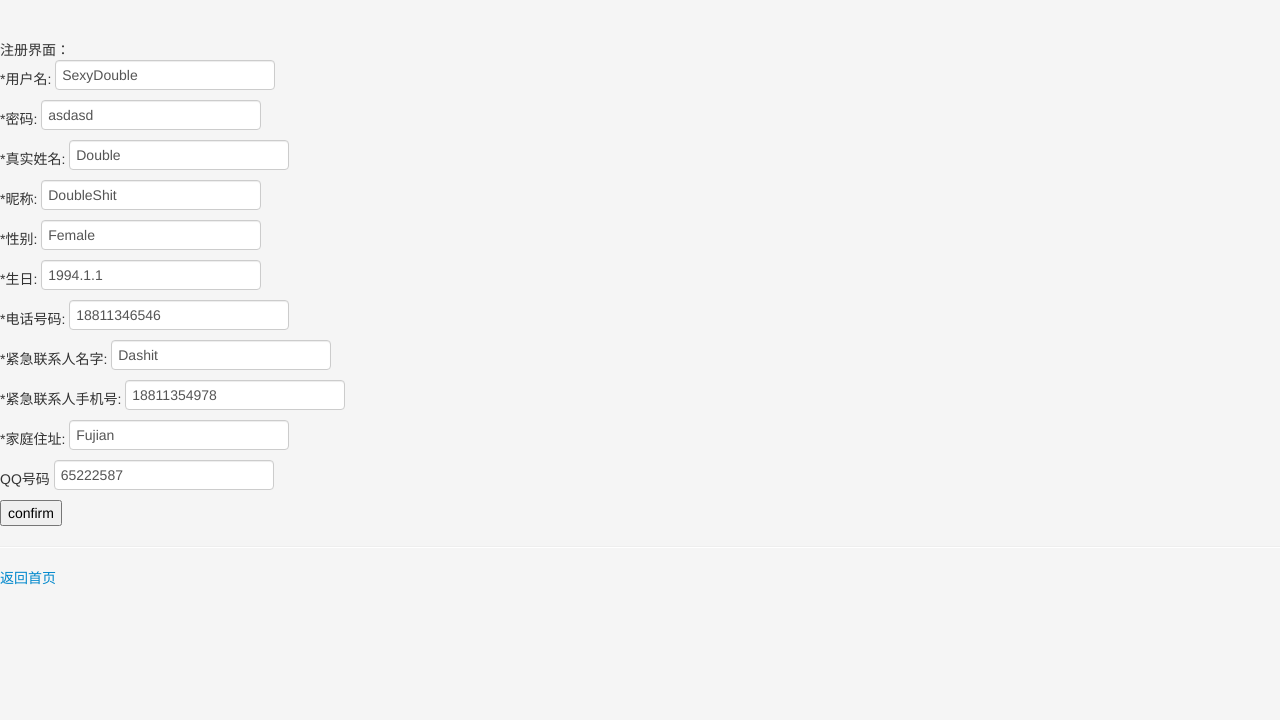
Repository: hbisheng/Academic-portal-website
Page: http://localhost/NewInfo/account/register.jsp
These files come from the project's save history. The page is drawn as it stood at one moment and after the next save; the edit follows.
The browser window is 1280 px wide. The pictures show the whole page.
The page is served by Tomcat 9. Other server files are loaded and not shown.

Above is the page before, as saved 2014-09-21 08:56:44.

### Java_info/NewInfo/WebContent/account/register.jsp
<%@page import="mail.MailTest" %>
<%@page import="edu.thu.cs.*"%>
<%@page import="java.util.*"%>
<%@page import="jdbc.*"%>
<%@page language="java" contentType="text/html; charset=UTF-8"
    pageEncoding="UTF-8"%>
<!DOCTYPE html PUBLIC "-//W3C//DTD HTML 4.01 Transitional//EN" "http://www.w3.org/TR/html4/loose.dtd">
<html>
<head>
<meta http-equiv="Content-Type" content="text/html; charset=UTF-8">

<link href="../bootstrap/css/bootstrap.css" rel="stylesheet">
 <style type="text/css">
      body {
        padding-top: 40px;
        padding-bottom: 40px;
        background-color: #f5f5f5;
      }
      .form-signin {
        max-width: 430px;
        padding: 19px 29px 29px;
        margin: 0 auto 20px;
        background-color: #fff;
        border: 1px solid #e5e5e5;
        -webkit-border-radius: 5px;
           -moz-border-radius: 5px;
                border-radius: 5px;
        -webkit-box-shadow: 0 1px 2px rgba(0,0,0,.05);
           -moz-box-shadow: 0 1px 2px rgba(0,0,0,.05);
                box-shadow: 0 1px 2px rgba(0,0,0,.05);
      }
      .form-signin .form-signin-heading,
      .form-signin .checkbox {
        margin-bottom: 10px;
      }
      .form-signin input[type="text"],
      .form-signin input[type="password"] {
        font-size: 16px;
        height: auto;
        margin-bottom: 15px;
        padding: 7px 9px;
      }
    </style>
<link href="../bootstrap/css/bootstrap-responsive.css" rel="stylesheet">

<title>Insert title here</title>
</head>
<body>
 <form name="注册"action="register.jsp" method="post">
	注册界面：
	<br/>
	*用户名:
	<input type="text" name="account" value = "SexyDouble"/>
	<br />
	*密码:
	<input type="text" name="password" value = "asdasd" />
	<br/>
	*真实姓名:
	<input type="text" name="realname" value = "Double" />
	<br />
	*昵称:
	<input type="text" name="nickname" value = "DoubleShit"/>
	<br />
	*性别:
	<input type="text" name="sex" value = "Female"/>
	<br />
	*生日:
	<input type="text" name="birth" value = "1994.1.1"/>
	<br />
	*电话号码:
	<input type="text" name="phone" value = "18811346546"/>
	<br />
	*紧急联系人名字:
	<input type="text" name="e_name" value = "Dashit"/>
	<br />
	*紧急联系人手机号:
	<input type="text" name="e_phone" value = "18811354978"/>
	<br />
	*家庭住址:
	<input type="text" name="address" value = "Fujian"/>
	<br />
	QQ号码
	<input type="text" name="qq" value = "65222587"/>
	<br />
	<input type="submit" value="confirm" name = "yes" />
	</form>
      <%
      try {
			if(request.getParameter("yes") != null)
			{
				JdbcDao jdbc = new JdbcDao();
				User new_u = new User();
				new_u.account = request.getParameter("account");
				new_u.password = request.getParameter("password");
				new_u.realname = request.getParameter("realname");
				new_u.nickname = request.getParameter("nickname");
				new_u.sex = request.getParameter("sex");
				new_u.birth = request.getParameter("birth");
				new_u.phone = request.getParameter("phone");
				new_u.e_name = request.getParameter("e_name");
				new_u.e_phone = request.getParameter("e_phone");
				new_u.address = request.getParameter("address");
				new_u.qq = request.getParameter("qq");
				new_u.verify = 0;
				new_u.permit_login = 1;
				new_u.permit_post = 1;
				new_u.permit_admin = 0;

				if(new_u.isValid())
				{
					int ans = new_u.isOld();
					if(ans != 0)
					{
						if(ans == 1)
							out.println("该邮箱已经被注册了");
						else
							out.println("该昵称已经被注册了");
						return;
					}
				}
				else
				{
					out.println("有一些必填项目还没有填好");
					return;
				}

				User user = jdbc.addUser(new_u);

				Token token = new Token();
				token.operation = 1;
				token.user_id = user.id;
				token.content = session.getId();
				jdbc.addToken(token);
				String address = "localhost";
				MailTest.sendmail("hbisheng@126.com","http://"+address+":8060/NewInfo/account/remote.jsp?token="+token.content);
				%><form>请登入邮箱进行验证</form>
				<%
			}
		} catch (Exception e) {
			System.out.println(e);
		}
	%>

<hr><a href="../home.jsp">返回首页</a>
</body>
</html>

Loaded but not shown: Java_info/NewInfo/WebContent/bootstrap/css/bootstrap.css (library); Java_info/NewInfo/WebContent/bootstrap/css/bootstrap-responsive.css (library)

After the next save:
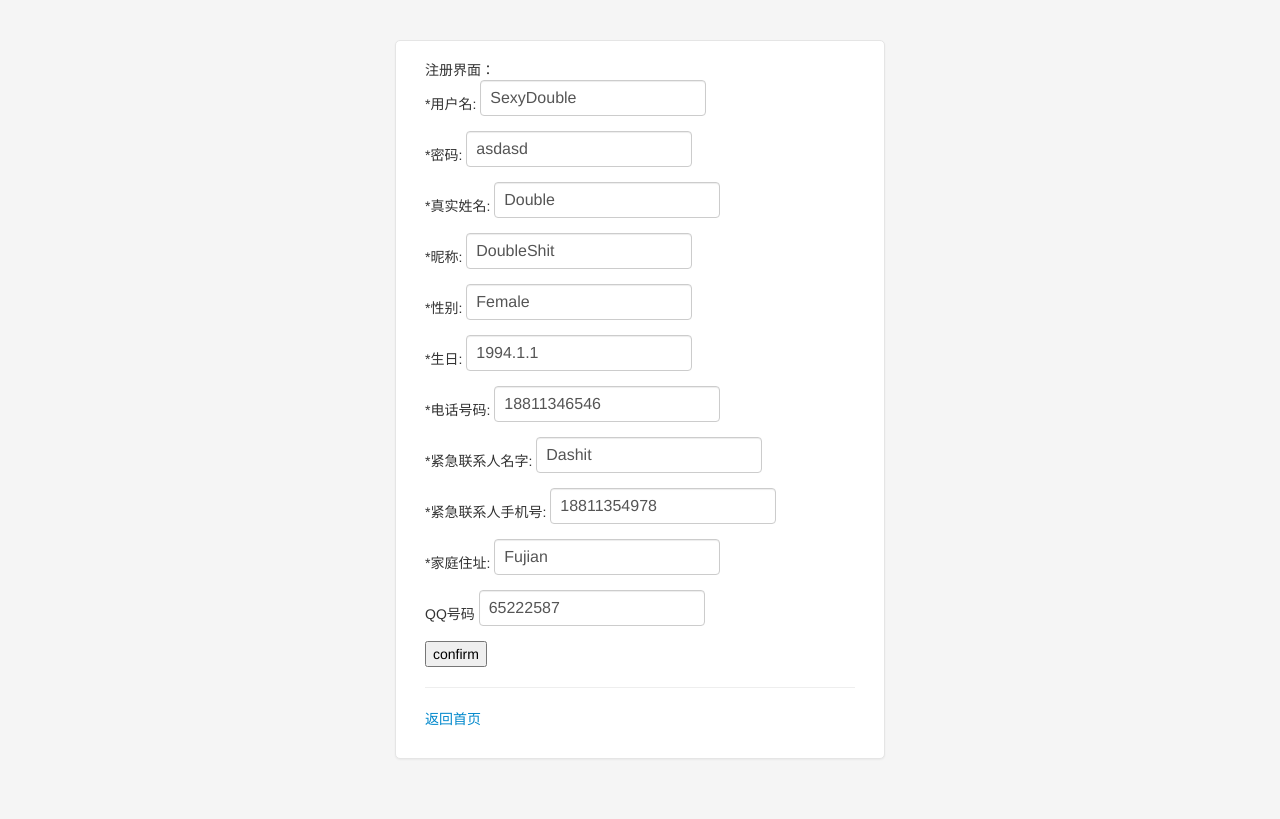
Saved 13 s later.
--- a/Java_info/NewInfo/WebContent/account/register.jsp
+++ b/Java_info/NewInfo/WebContent/account/register.jsp
@@ -46,6 +46,9 @@
 <title>Insert title here</title>
 </head>
 <body>
+
+<div class="container form-signin">
+<div class="row-fluid">
  <form name="注册"action="register.jsp" method="post">
 	注册界面：
 	<br/>
